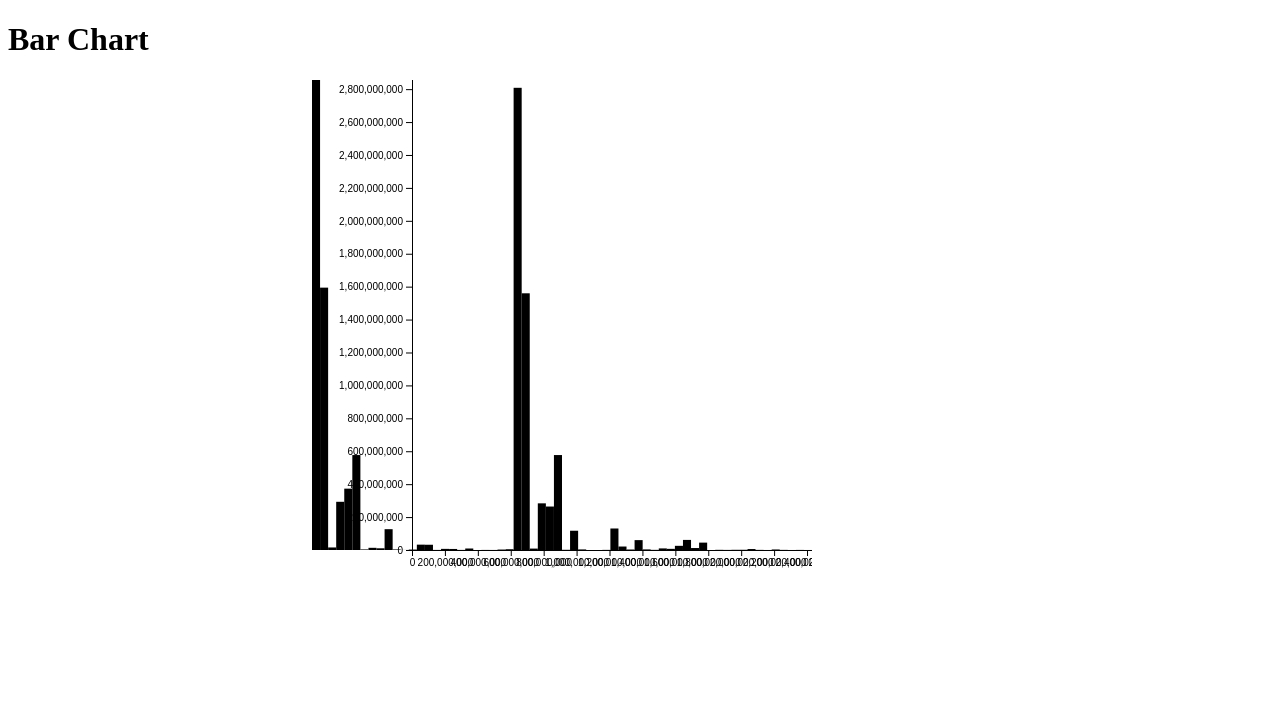
Repository: komalharjani/d3js-visualisation
Page: index.html
The author's editor kept a copy of each file at every save. The page is drawn from the files as they stood at one save, then again after a run of saves.
The browser window is 1280 px wide. The pictures show the whole page.

Above is the page before, as saved 2020-04-29 18:22:30.

After the next 2 saves:
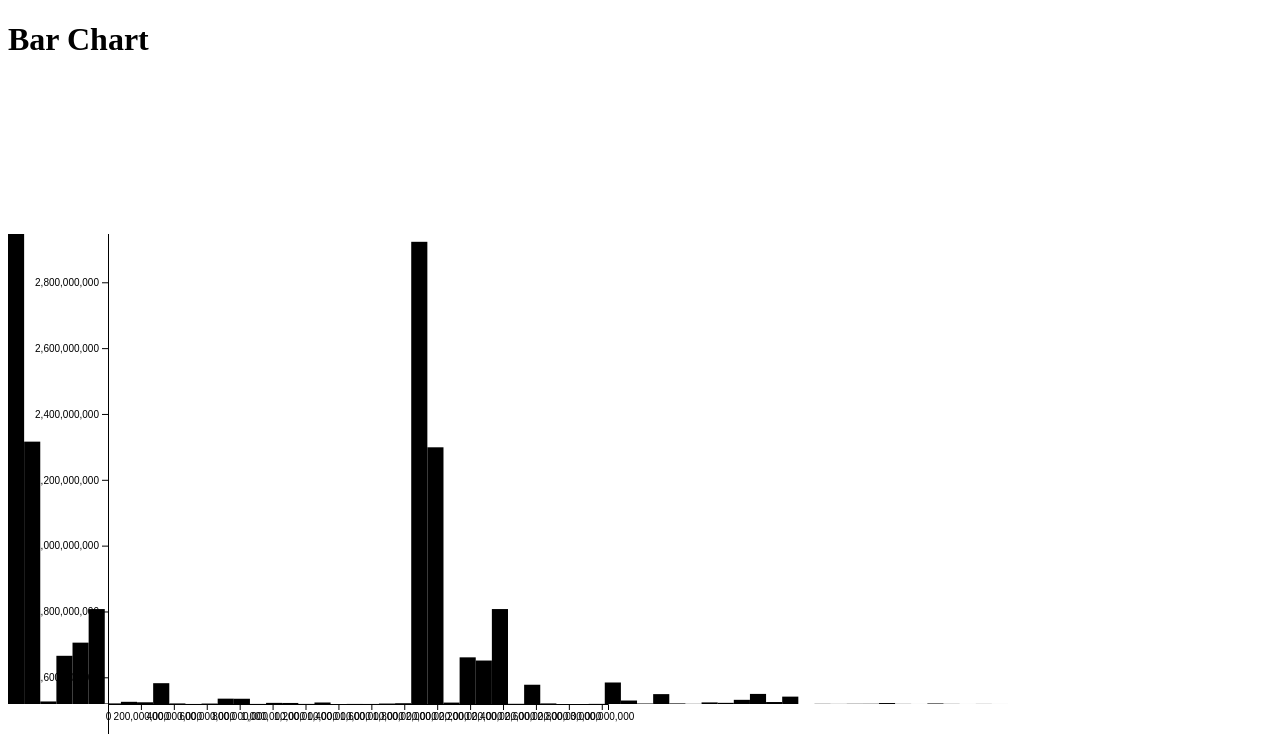
The 2 saves are shown as one change because they came seconds apart.
The last was saved 11 s later.
--- a/index.js
+++ b/index.js
@@ -16,7 +16,7 @@ d3.csv(dataPath)
                 }
                 console.log(finals);
 
-                let width = 500;
+                let width = 1000;
                 let height = 500;
                 let margin = {
                         top: 20,
